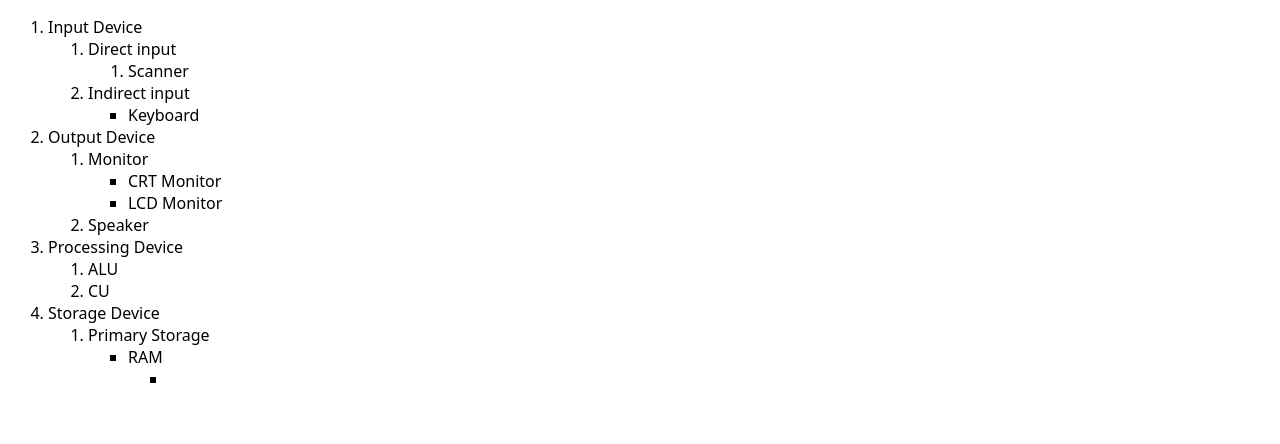
Repository: SharonSebastian32/Nested_List_in_html
Page: index.html
An editor plug-in stored every save of this project. The page is shown before and after a run of saves, followed by the edit.
The browser window is 1280 px wide. The pictures show the whole page.

Above is the page before, as saved 2024-09-01 07:36:49.

### index.html
<!DOCTYPE html>
<html lang="en">
  <head>
    <meta charset="UTF-8" />
    <meta name="viewport" content="width=device-width, initial-scale=1.0" />
    <title>Document</title>
    <link rel="stylesheet" href="./Styles/Styles.css" />
  </head>
  <body>
    <ol>
      <li>Input Device</li>
      <ol>
        <li>Direct input</li>
        <ol>
          <li>Scanner</li>
        </ol>
        <li>Indirect input</li>
        <ul>
          <li>Keyboard</li>
        </ul>
      </ol>
      <li>Output Device</li>
      <ol>
        <li>Monitor</li>
        <ul>
          <li>CRT Monitor</li>
          <li>LCD Monitor</li>
        </ul>
        <li>Speaker</li>
      </ol>
      <li>Processing Device</li>
      <ol>
        <li>ALU</li>
        <li>CU</li>
      </ol>
      <li>Storage Device</li>
      <ol>
        <li>Primary Storage</li>
        <ul>
          <li>RAM</li>
          <ul>
            <li></li>
          </ul>
        </ul>
      </ol>
    </ol>
  </body>
</html>

### Styles/Styles.css
*{
    font-family: system-ui, -apple-system, BlinkMacSystemFont, 'Segoe UI', Roboto, Oxygen, Ubuntu, Cantarell, 'Open Sans', 'Helvetica Neue', sans-serif;

}

After the next 2 saves:
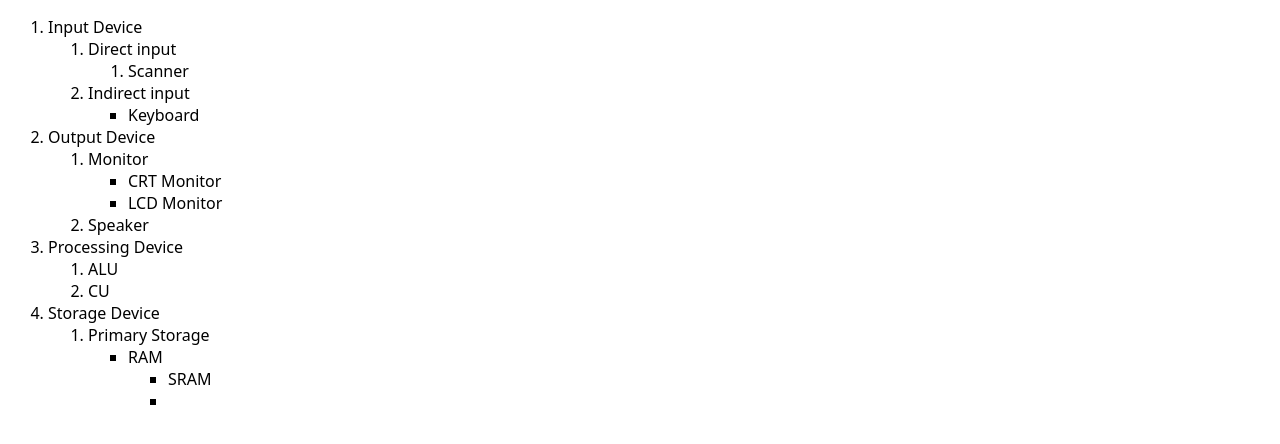
The 2 saves are shown as one change because they came seconds apart.
The last was saved 11 s later.
--- a/index.html
+++ b/index.html
@@ -39,7 +39,8 @@
         <ul>
           <li>RAM</li>
           <ul>
-            <li></li>
+            <li>SRAM</li>
+            <LI></LI>
           </ul>
         </ul>
       </ol>
